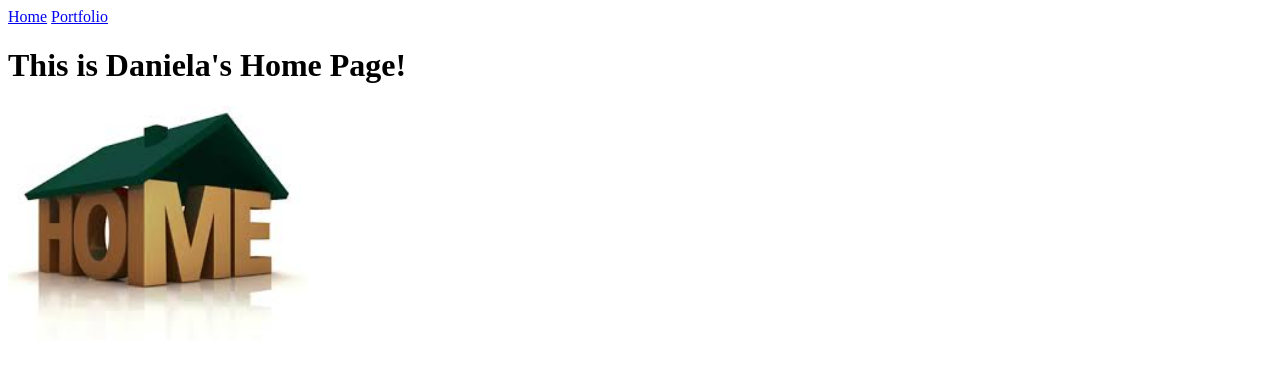
Repository: dbonilla2046/dbonilla.github.io
Page: my_website/index.html
The author's editor kept a record of every edit. The page is drawn from the files as they stood at one moment, then again after the next edit.
The browser window is 1280 px wide. The pictures show the whole page.

Above is the page before.

### my_website/index.html
<!doctype html>
<html lang="en">
  <head>
    <meta charset="utf-8">
    <title>Home</title>
  </head>
  <body>
    <a href="index.html">Home</a>
    <a href="portfolio.html">Portfolio</a>
    <h1>This is Daniela's Home Page!</h1>
    <img src="images/home.jpg" height="250">
  </body>
</html>

After the next edit:
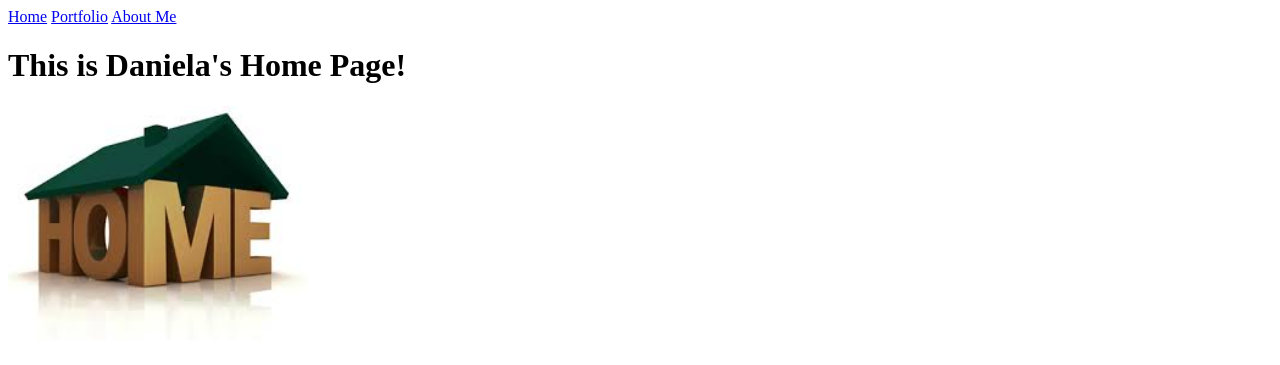
The edit:
--- a/my_website/index.html
+++ b/my_website/index.html
@@ -7,6 +7,7 @@
   <body>
     <a href="index.html">Home</a>
     <a href="portfolio.html">Portfolio</a>
+    <a href="about_me.html">About Me</a>
     <h1>This is Daniela's Home Page!</h1>
     <img src="images/home.jpg" height="250">
   </body>
